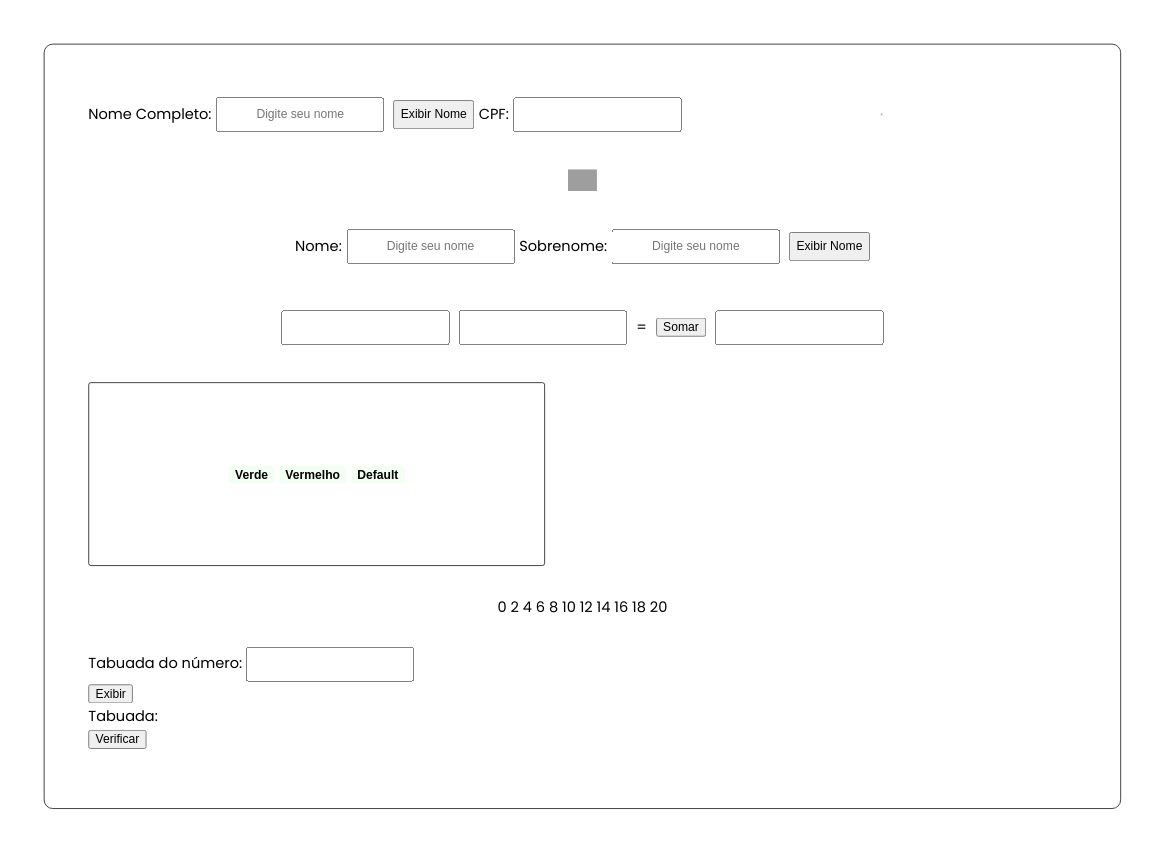
Repository: guilhermecardoso93/exerciciosjs
Page: index.html
These files come from the project's save history. The page is drawn as it stood at one moment and after the next save; the edit follows.
The browser window is 1280 px wide. The pictures show the whole page, at 91% of full size.
Pictures or frames that could not be fetched are drawn as grey boxes.

Above is the page before, as saved 2023-05-21 17:19:45.
Console error: ReferenceError: ul is not defined

After the next save:
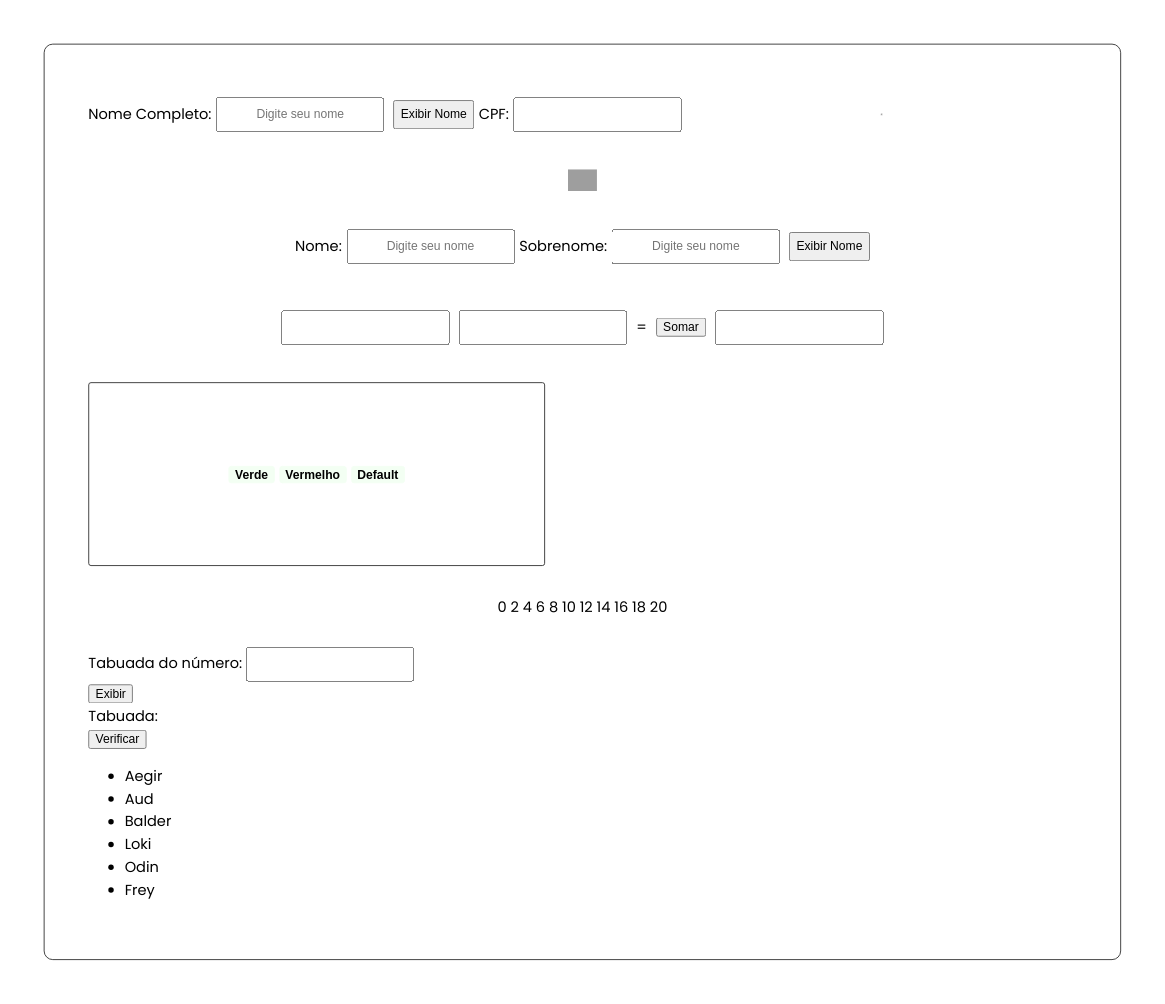
The error is gone.
Saved 17 s later.
--- a/script.js
+++ b/script.js
@@ -150,7 +150,8 @@ var numbers = [5, 7, 1, 8, 9]
 
 console.log(numbers.sort())
 
-var deusesTab = document.getElementById('nomes');
+var ul = document.getElementById('nomes');
+
 deuses.forEach(deus => {
   var li = document.createElement('li');
   li.textContent = deus;
